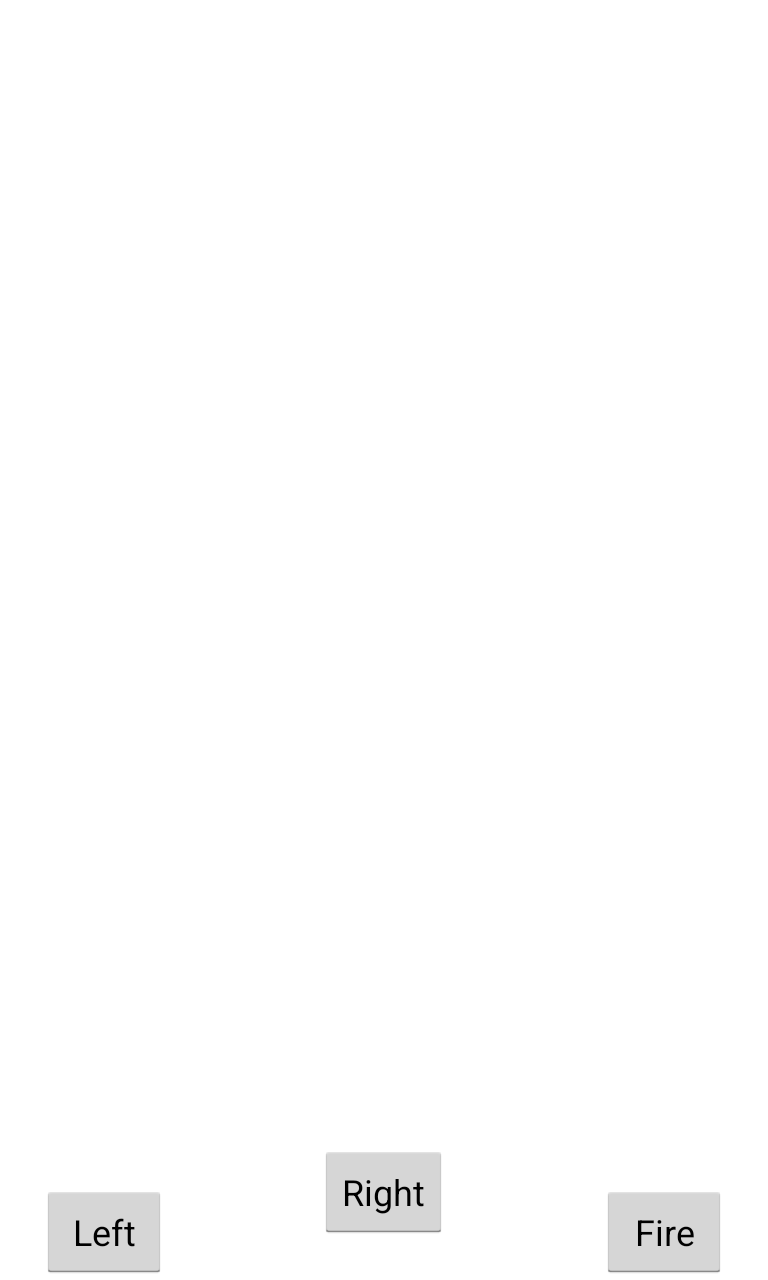
Repository: Benngard/Bengan-Boys
Layout: Hyperion/res/layout/playfield_layout.xml
These files come from the project's save history. The layout is drawn as it stood at one moment and after the next save; the edit follows.
It is drawn on a 768 x 1280 px phone screen (xhdpi) without system bars, with theme AppTheme; the app's code is not run. The app's manifest (not shown) leaves right-to-left support off. So textAlignment, textDirection and layoutDirection are ignored, and left and right values win over start and end ones.

Above is the layout before, as saved 2015-10-05 01:56:52.

### Hyperion/res/layout/playfield_layout.xml
<?xml version="1.0" encoding="utf-8"?>
<RelativeLayout xmlns:android="http://schemas.android.com/apk/res/android"
    android:layout_width="match_parent"
    android:layout_height="match_parent" >

    <Button
        android:id="@+id/button_left"
        android:layout_width="wrap_content"
        android:layout_height="wrap_content"
        android:layout_alignParentBottom="true"
        android:layout_alignParentLeft="true"
        android:layout_alignParentStart="true"
        android:layout_marginStart="20dp"
        android:layout_marginLeft="20dp"
        android:text="@string/left" />

    <Button
        android:id="@+id/button_fire"
        android:layout_width="wrap_content"
        android:layout_height="wrap_content"
        android:layout_alignParentBottom="true"
        android:layout_alignParentRight="true"
        android:layout_alignParentEnd="true"
        android:layout_marginEnd="20dp"
        android:layout_marginRight="20dp"
        android:text="@string/fire" />

    <Button
        android:id="@+id/button_right"
        android:layout_width="wrap_content"
        android:layout_height="wrap_content"

        android:layout_alignBottom="@+id/button_fire"
        android:layout_marginBottom="20dp"
        android:layout_centerHorizontal="true"
        android:text="@string/right" />

</RelativeLayout>

### Hyperion/res/values/strings.xml
<resources>

    <string name="app_name">Hyperion</string>

    <string name="fire">Fire</string>
    <string name="left">Left</string>
    <string name="right">Right</string>

</resources>

Loaded but not shown: Hyperion/res/values/styles.xml (common file); Hyperion/res/values-v11/styles.xml (common file); Hyperion/res/values-v14/styles.xml (common file)

After the next save:
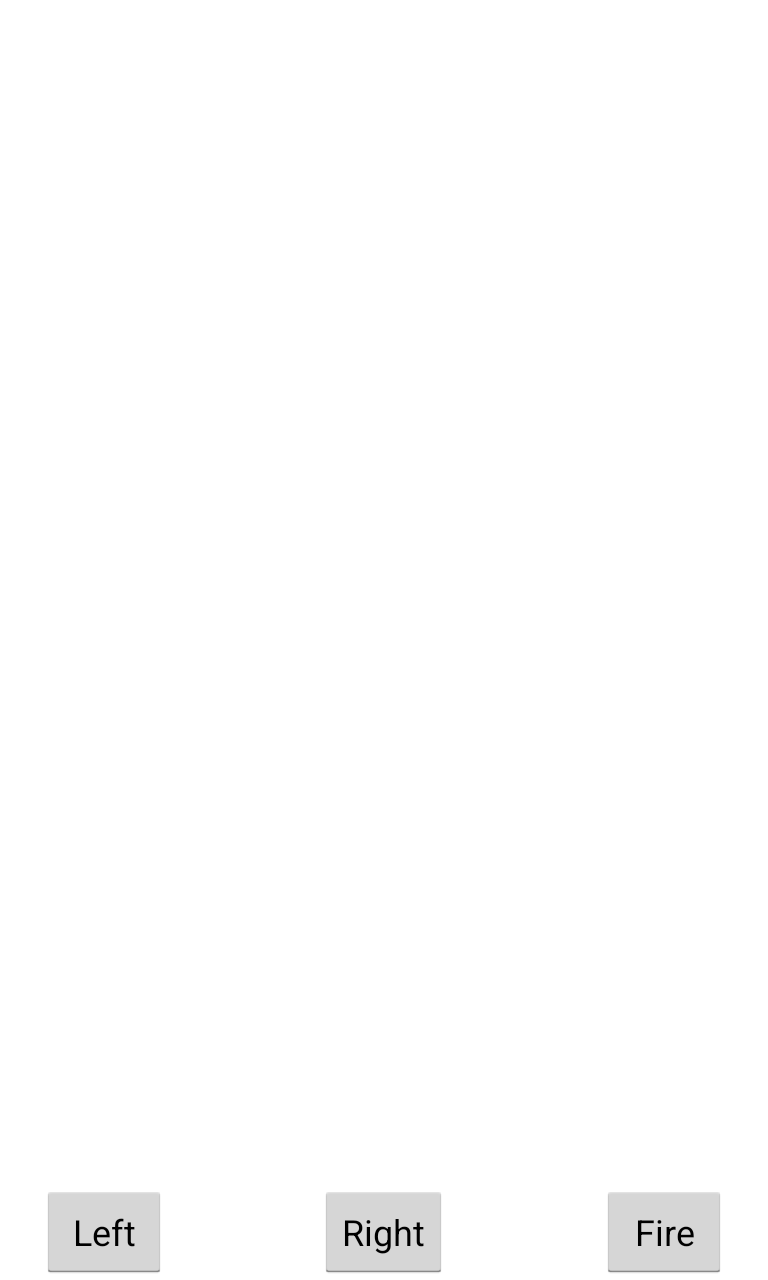
Saved 11 s later.
--- a/Hyperion/res/layout/playfield_layout.xml
+++ b/Hyperion/res/layout/playfield_layout.xml
@@ -29,9 +29,8 @@
         android:id="@+id/button_right"
         android:layout_width="wrap_content"
         android:layout_height="wrap_content"
-
+        android:layout_alignBaseline="@+id/button_fire"
         android:layout_alignBottom="@+id/button_fire"
-        android:layout_marginBottom="20dp"
         android:layout_centerHorizontal="true"
         android:text="@string/right" />
 
